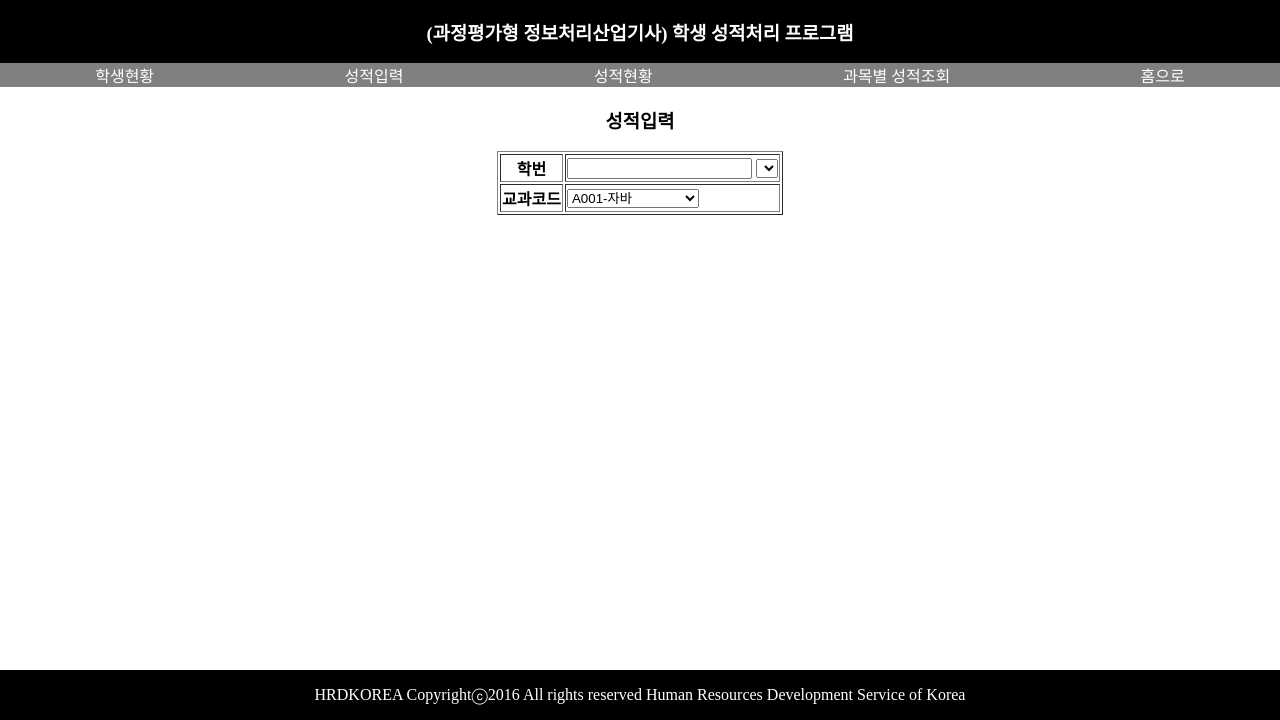
Repository: junjuny0227/jsp
Page: http://localhost/HRD_02/sub2.jsp
These files come from the project's save history. The page is drawn as it stood at one moment and after the next save; the edit follows.
The browser window is 1280 px wide. The pictures show the whole page.
The page is served by Tomcat 9. Other server files are loaded and not shown.

Above is the page before, as saved 2025-05-16 05:43:55.

### HRD_02/src/main/webapp/sub2.jsp
<%@ page language="java" contentType="text/html; charset=UTF-8"
pageEncoding="UTF-8"%>
<!DOCTYPE html>
<html>
  <head>
    <meta charset="UTF-8" />
    <title>sub2</title>
  </head>
  <body
    style="
      margin: 0;
      padding: 0;
      border: 0;
      font-size: 100%;
      font: inherit;
      vertical-align: baseline;
    "
  >
    <jsp:include page="header.jsp"></jsp:include>
    <jsp:include page="nav.jsp"></jsp:include>

    <section
      style="display: flex; flex-direction: column; align-items: center"
    >
      <h3>성적입력</h3>
      <form action="sub2Action.jsp" method="post" name="sub2Form">
      	<table border="1">
      		<tr>
      			<th>학번</th>
      			<td>
      				<input type="text" name="stuid">
      				<select>
      					<option></option>
      				</select>
      			</td>
      		</tr>
      		<tr>
      			<th>교과코드</th>
      			<td>
      				<select name="subcode">
      					<option value="A001">A001-자바</option>
      					<option value="A002">A002-C언어</option>
      					<option value="A003">A003-데이터베이스</option>
      					<option value="A004">A004-웹프로그래밍</option>
      					<option value="A005">A005-영어</option>
      				</select>
      			</td>
      		</tr>
      	</table>
      </form>
    </section>

    <jsp:include page="footer.jsp"></jsp:include>
  </body>
</html>

### HRD_02/src/main/webapp/header.jsp
<%@ page language="java" contentType="text/html; charset=UTF-8"
pageEncoding="UTF-8"%>
<!DOCTYPE html>
<html>
  <head>
    <meta charset="UTF-8" />
    <title>header</title>
  </head>
  <body>
    <header style="background-color: black; width: 100%">
      <h3 style="margin: 0; padding: 18px 0; text-align: center; color: white">
        (과정평가형 정보처리산업기사) 학생 성적처리 프로그램
      </h3>
    </header>
  </body>
</html>

### HRD_02/src/main/webapp/nav.jsp
<%@ page language="java" contentType="text/html; charset=UTF-8"
pageEncoding="UTF-8"%>
<!DOCTYPE html>
<html>
  <head>
    <meta charset="UTF-8" />
    <title>nav</title>
  </head>
  <body>
    <nav
      style="
        background-color: gray;
        display: flex;
        justify-content: space-around;
      "
    >
      <a href="sub1.jsp" style="text-decoration: none; color: white"
        >학생현황</a
      >
      <a href="sub2.jsp" style="text-decoration: none; color: white"
        >성적입력</a
      >
      <a href="sub3.jsp" style="text-decoration: none; color: white"
        >성적현황</a
      >
      <a href="sub4.jsp" style="text-decoration: none; color: white"
        >과목별 성적조회</a
      >
      <a href="index.jsp" style="text-decoration: none; color: white">홈으로</a>
    </nav>
  </body>
</html>

### HRD_02/src/main/webapp/footer.jsp
<%@ page language="java" contentType="text/html; charset=UTF-8"
pageEncoding="UTF-8"%>
<!DOCTYPE html>
<html>
  <head>
    <meta charset="UTF-8" />
    <title>footer</title>
  </head>
  <body>
    <footer
      style="
        background-color: black;
        position: fixed;
        left: 0;
        bottom: 0;
        width: 100%;
      "
    >
      <p style="text-align: center; color: white">
        HRDKOREA Copyrightⓒ2016 All rights reserved Human Resources Development
        Service of Korea
      </p>
    </footer>
  </body>
</html>

After the next save:
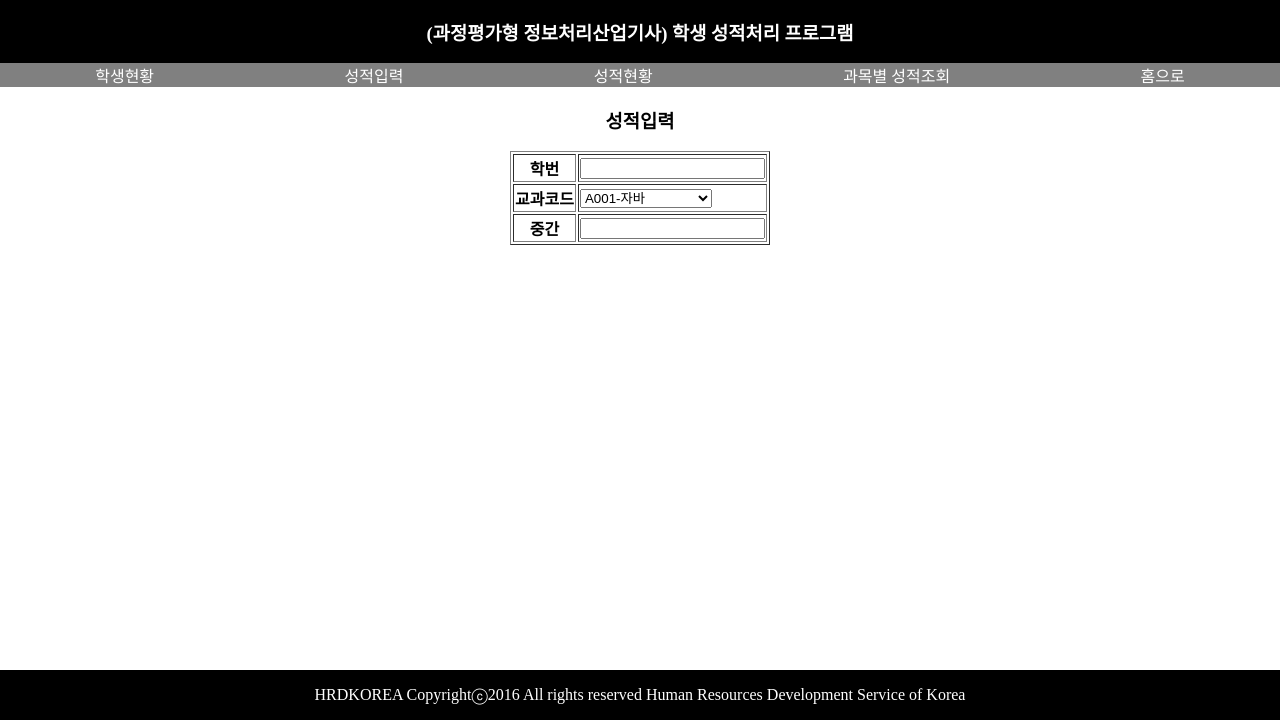
Saved 52 s later.
--- a/HRD_02/src/main/webapp/sub2.jsp
+++ b/HRD_02/src/main/webapp/sub2.jsp
@@ -29,9 +29,6 @@ pageEncoding="UTF-8"%>
       			<th>학번</th>
       			<td>
       				<input type="text" name="stuid">
-      				<select>
-      					<option></option>
-      				</select>
       			</td>
       		</tr>
       		<tr>
@@ -46,6 +43,12 @@ pageEncoding="UTF-8"%>
       				</select>
       			</td>
       		</tr>
+      		<tr>
+      			<th>중간</th>
+      			<td>
+      				<input type="number" name="midScore">
+      			</td>
+      		</tr>
       	</table>
       </form>
     </section>
